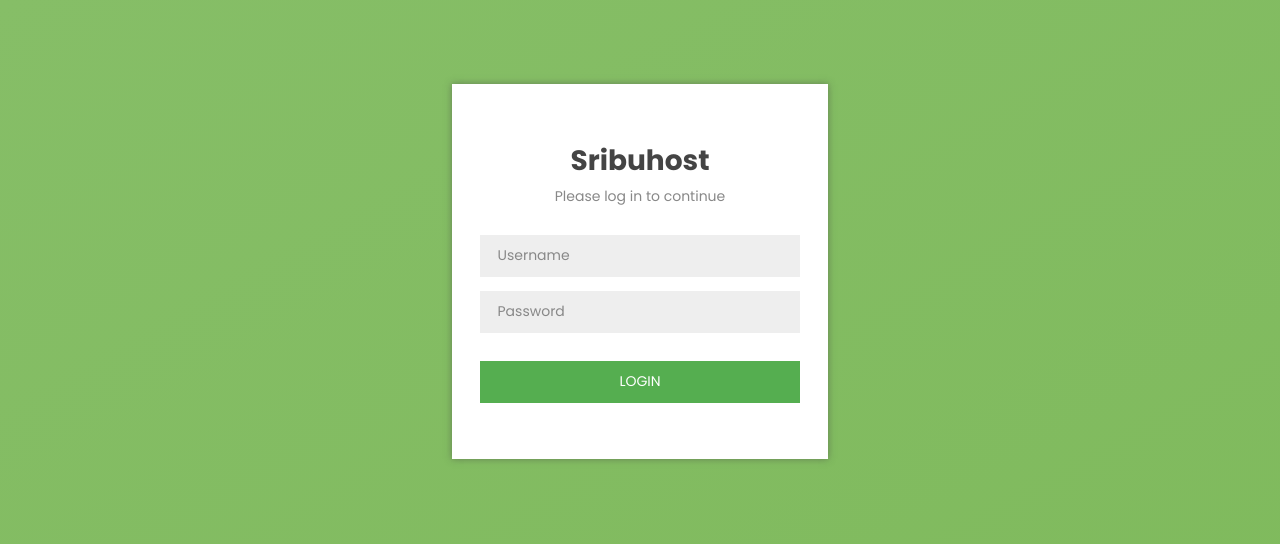
Repository: laurentbul/ApplicationEssai
Page: http://localhost/code/index.php
These files come from the project's save history. The page is drawn as it stood at one moment and after the next save; the edit follows.
The browser window is 1280 px wide. The pictures show the whole page.
The page is run by PHP 8.4 with error messages shown; the project is at /var/www/html/.

Above is the page before, as saved 2023-04-11 07:00:51.

After the next save:
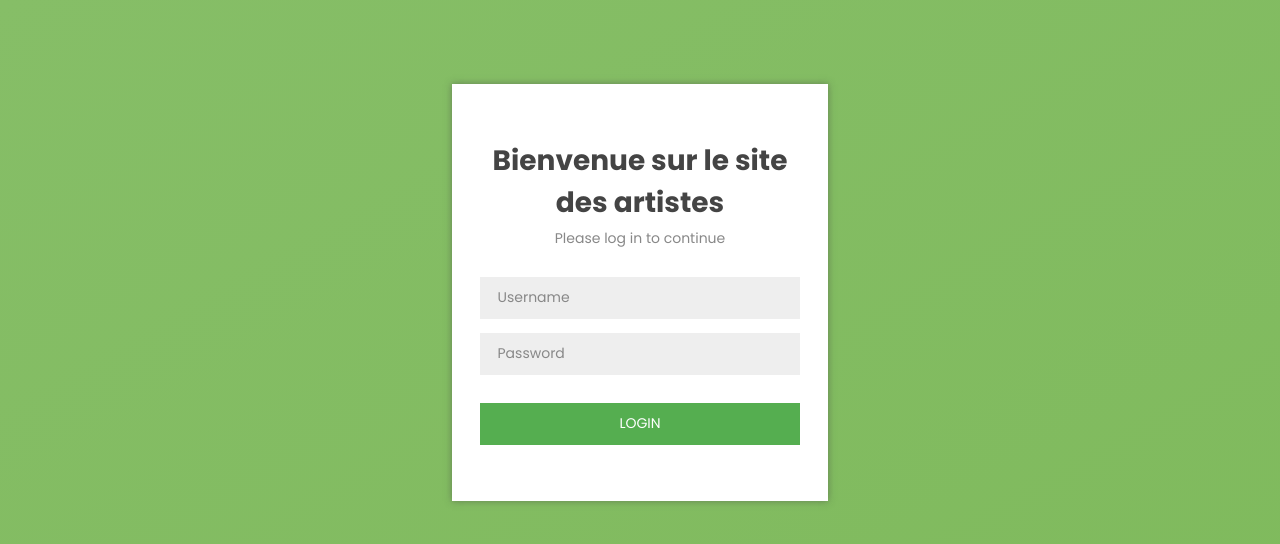
Saved 89 s later.
--- a/ncode/index.php
+++ b/ncode/index.php
@@ -24,7 +24,7 @@ if (isset($_SESSION['name'])) {
 <body>
   <div class="container">
     <div class="box">
-      <h1 class="box__title">Sribuhost</h1>
+      <h1 class="box__title">Bienvenue sur le site des artistes</h1>
       <p class="box__subtitle">Please log in to continue</p>
       <?php if (isset($_SESSION['login_failed'])) : ?>
         <div class="alert">
